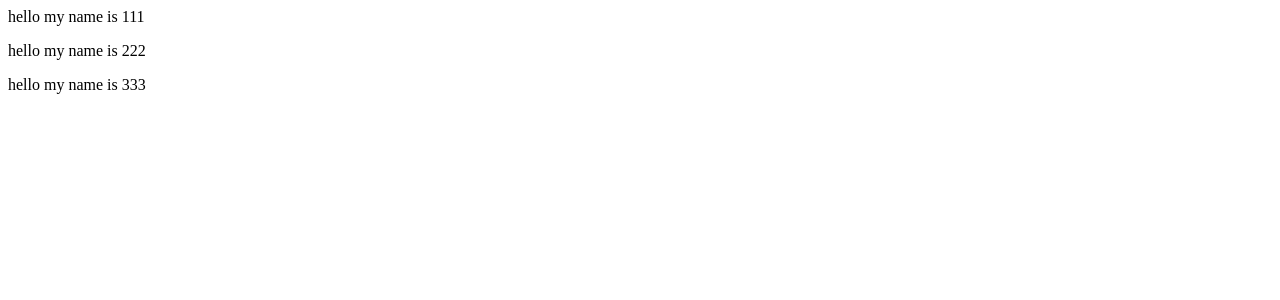
Repository: jedeyejed00/TheGameShaq
Page: http://localhost/ClassWork/lab7/function2.php
The author's editor kept a record of every edit. The page is drawn from the files as they stood at one moment, then again after the next edit.
The browser window is 1280 px wide. The pictures show the whole page.
The page is run by PHP 8.4 with error messages shown; the project is at /var/www/html/.

Above is the page before.

### ClassWork/lab7/function2.php
<?php

$nametest = "mario";

function greeting($nametest){
    echo '<p> hello my name is '.$nametest.'</p>';
}

greeting(111);
greeting(222);
greeting(333);


//<p>hello my name is xxx </p>

//<p>hello my name is aaa</p/>

//<p>hello my name is bbb</p>

//<p>hello my name is ccc</p>

//<p>hello my name is ddd</p>


?>

After the next edit:
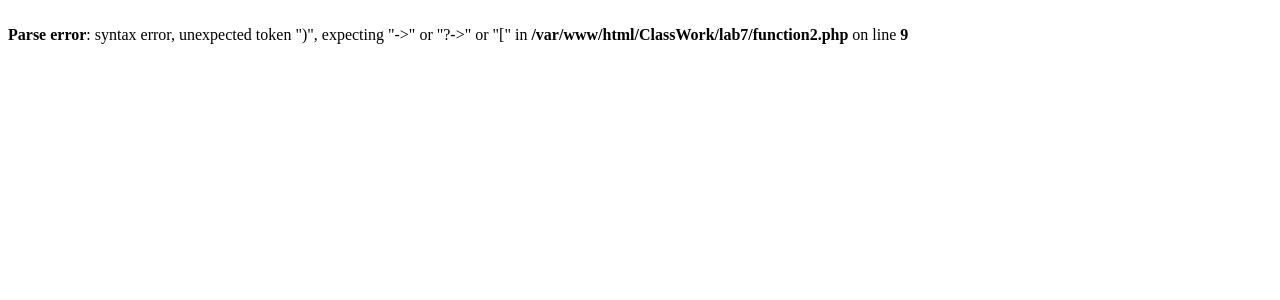
The edit:
--- a/ClassWork/lab7/function2.php
+++ b/ClassWork/lab7/function2.php
@@ -6,20 +6,7 @@
     echo '<p> hello my name is '.$nametest.'</p>';
 }
 
-greeting(111);
-greeting(222);
-greeting(333);
-
-
-//<p>hello my name is xxx </p>
-
-//<p>hello my name is aaa</p/>
-
-//<p>hello my name is bbb</p>
-
-//<p>hello my name is ccc</p>
-
-//<p>hello my name is ddd</p>
+foreach($nametest as names)
 
 
 ?>
